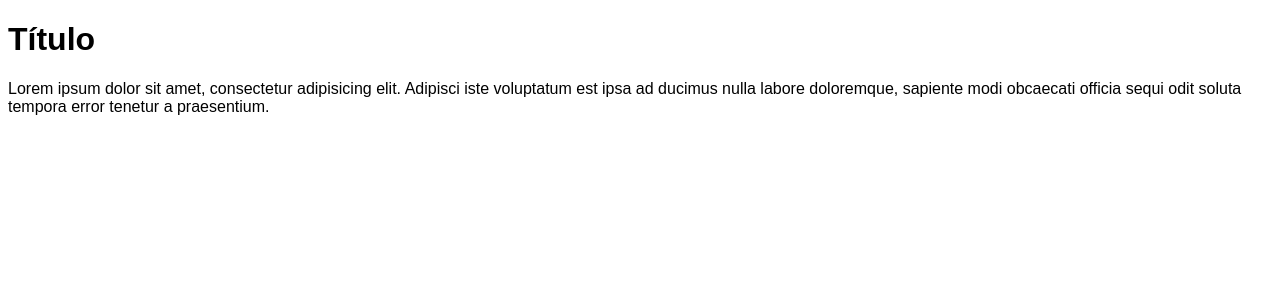
Repository: Iamjordana/html-css
Page: Html Css/Exercicios/ex018/index.html
These files come from the project's save history. The page is drawn as it stood at one moment and after a run of saves; the edit follows.
The browser window is 1280 px wide. The pictures show the whole page.

Above is the page before, as saved 2025-01-28 18:04:35.

### Html Css/Exercicios/ex018/index.html
<!DOCTYPE html>
<html lang="pt-br">
<head>
    <meta charset="UTF-8">
    <meta name="viewport" content="width=device-width, initial-scale=1.0">
    <title>Fontes com Google Fonts</title>
    <style>
        body{
            font-family: Arial, Helvetica, sans-serif;
            font-size: 16px;
            color: black;
        }
    </style>
</head>
<body>
    <h1>Título</h1>
    <p>Lorem ipsum dolor sit amet, consectetur adipisicing elit. Adipisci iste voluptatum est ipsa ad ducimus nulla labore doloremque, sapiente modi obcaecati officia sequi odit soluta tempora error tenetur a praesentium.</p>
</body>
</html>

After the next 2 saves:
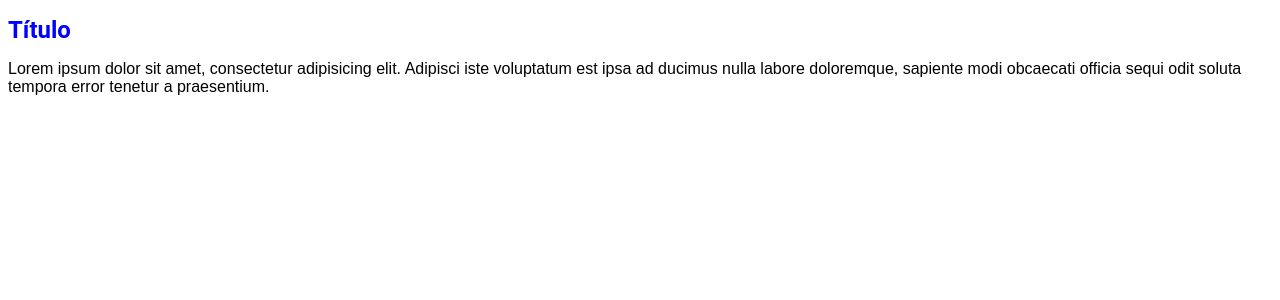
The 2 saves are shown as one change because they came seconds apart.
The last was saved 7 s later.
--- a/Html Css/Exercicios/ex018/index.html
+++ b/Html Css/Exercicios/ex018/index.html
@@ -10,6 +10,11 @@
             font-size: 16px;
             color: black;
         }
+        h1{
+            font-family: 'Roboto', sans-serif;
+            font-size: 24px;
+            color: blue;
+        }
     </style>
 </head>
 <body>
